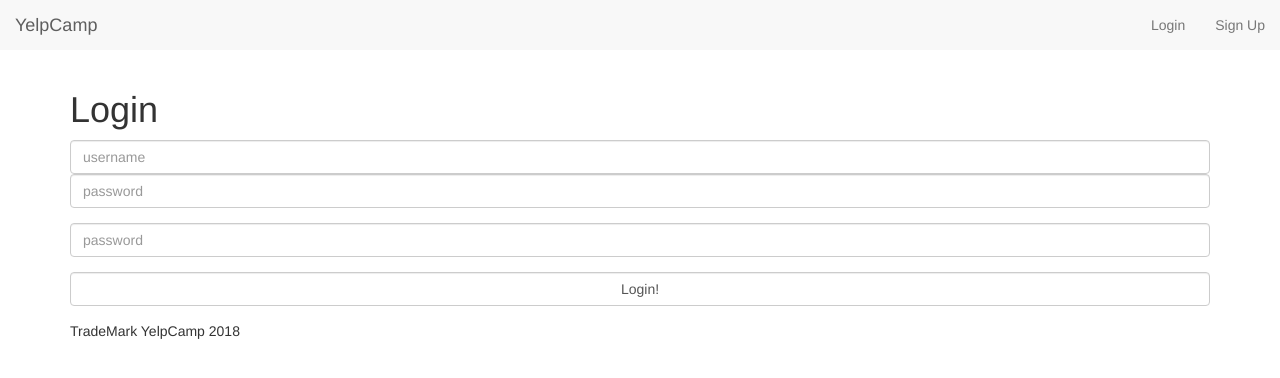
Repository: Kushagrakmr/c9backup
Page: http://localhost/login
The author's editor kept a record of every edit. The page is drawn from the files as they stood at one moment, then again after the next edit.
The browser window is 1280 px wide. The pictures show the whole page.
The page is served by the project's Node server (YelpCamp/v12/app.js).

Above is the page before.

After the next edit:
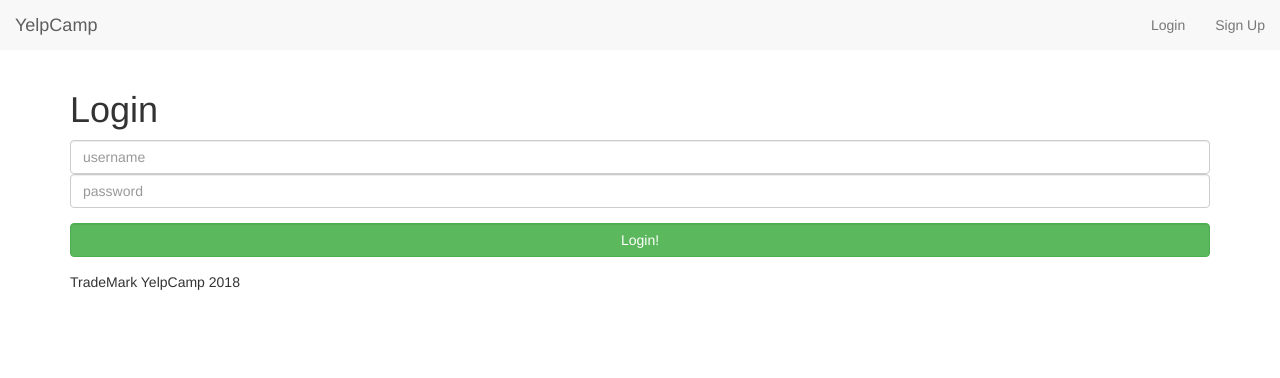
The edit:
--- a/YelpCamp/v12/views/login.ejs
+++ b/YelpCamp/v12/views/login.ejs
@@ -9,10 +9,7 @@
             <input class = "form-control" type = "password" name = "password" placeholder = "password">
         </div>
         <div class = "form-group">
-            <input class = "form-control" type = "password" name = "password" placeholder = "password">
-        </div>
-        <div class = "form-group">
-            <input  class = "form-control" type= "submit" value = "Login!">
+            <input  class = "form-control btn btn-success" type= "submit" value = "Login!">
         </div>
     </form>
 </div>
